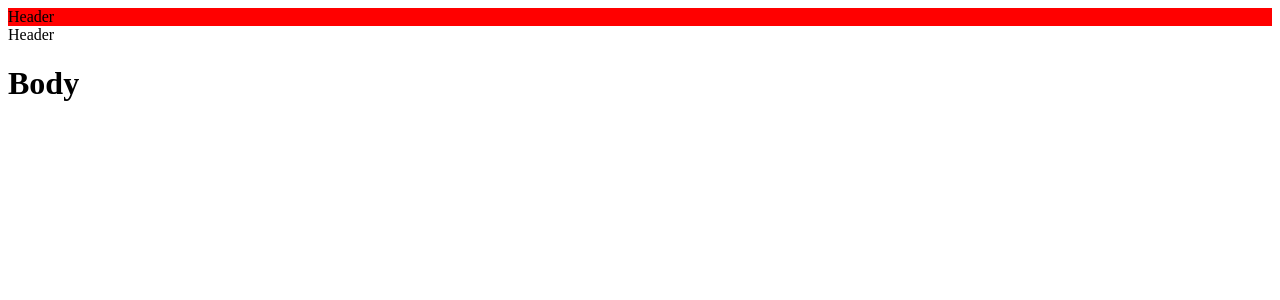
Repository: hatatatedai/samurai_HTML-CSS
Page: index6.html
The author's editor kept a record of every edit. The page is drawn from the files as they stood at one moment, then again after the next edit.
The browser window is 1280 px wide. The pictures show the whole page.

Above is the page before.

### index6.html
<!DOCTYPE html>
<html lang="ja">
<head>
    <meta charset="UTF-8">
    <meta name="viewport" content="width=device-width, initial-scale=1.0">
    <meta http-equiv="X-UA-Compatible" content="ie=edge">
    <title>Document</title>
    <style>
        header{
            background-color: red;
        }
        footer{
            background-color:blue;
        }
        .size{
            height: 200px;
        }

    </style>

</head>
<body>
    <header>
        Header
    </header>
    <div id="header">Header</div>
    <h1>Body</h1>

</body>
</html>

After the next edit:
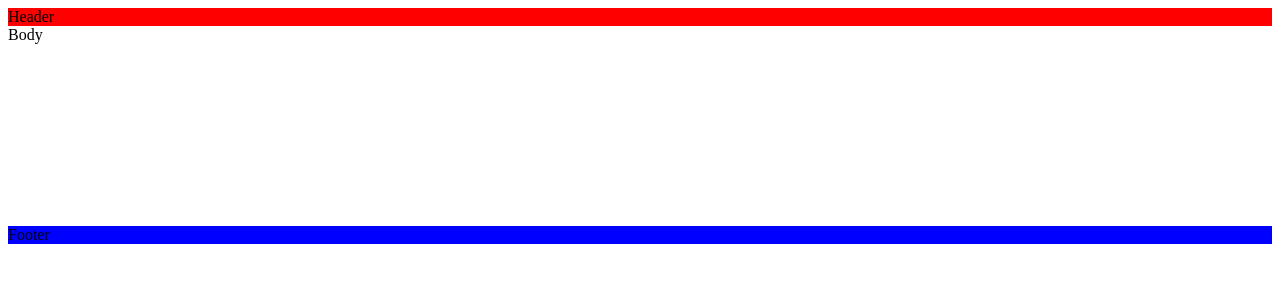
The edit:
--- a/index6.html
+++ b/index6.html
@@ -23,8 +23,11 @@
     <header>
         Header
     </header>
-    <div id="header">Header</div>
-    <h1>Body</h1>
-
+    <div class="size">
+        Body
+    </div>
+    <footer>
+        Footer
+    </footer>
 </body>
 </html>
